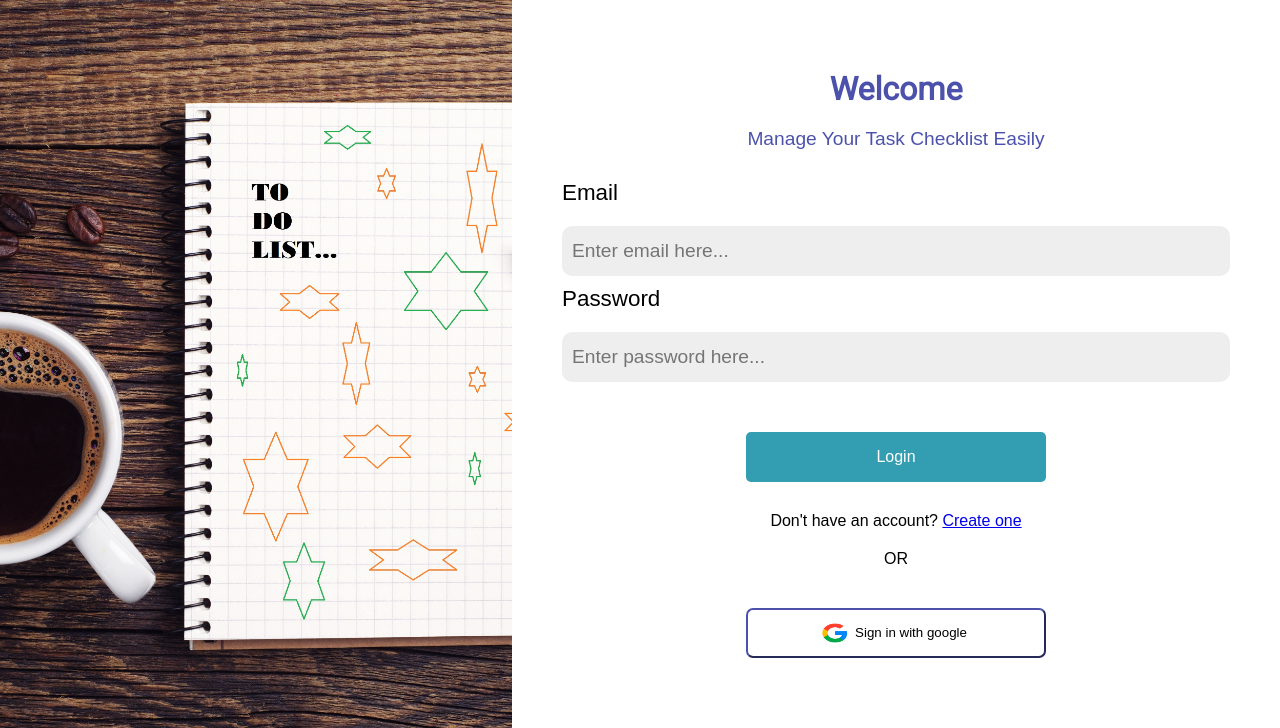
Repository: tebo27cMd/todo_App
Page: /
An editor plug-in stored every save of this project. The page is shown before and after the next save, followed by the edit.
The browser window is 1280 px wide. The pictures show the whole page.
The project was rebuilt for these pictures with package versions that can differ from the ones it lists, and the page was loaded fresh each time. Also part of the build but not shown: src/Pages/SignInPage.jsx, src/Pages/HomePage.jsx.

Above is the page before, as saved 2022-08-23 09:56:30.

### src/App.js
import React, {useState, useEffect} from 'react';
import './App.css';
import LoginPage from './Pages/LoginPage';
import SignInPage from './Pages/SignInPage';
import HomePage from './Pages/HomePage';

import {BrowserRouter as Router,Routes,Route,Link} from "react-router-dom";

//import {collection, getDocs, getDoc, doc, deleteDoc} from 'firebase/firestore'







function App() {


  const [tasks, setTasks] = useState([]);

  const addTasks = ((task, priorityType)=>{
    setTasks((tasks)=>[...tasks, {
      task:task,
      priorityType:priorityType
    }])

    console.log(tasks);
  })
  return (
    <div className="App">

      <Router>
      <Routes>
        <Route exact path="/" element = {<LoginPage/>}></Route>
        <Route path="/SignInPage" element = {<SignInPage/>}></Route>
        <Route exact path="/HomePage" element = {<HomePage/>}></Route>
      </Routes>
    </Router>

    </div>
  );
}

export default App;

### src/App.css
* {
  box-sizing: border-box;
  margin: 0;
  padding: 0;
  font-family: 'Times New Roman', Times, serif;
}

### src/Pages/LoginPage.jsx
import React, { useState } from 'react'

import './LoginPage.css';
import google from '../image/g-login.jpg'
import {Link} from 'react-router-dom'
import { signInWithEmailAndPassword} from 'firebase/auth'
import { auth } from "../Config-file/firebase";
import { useNavigate } from 'react-router-dom';


const LoginPage = () => {

  const [email, setEmail] = useState('');
  const [password, setPassword] = useState('');

  let history = useNavigate();

const SignInPage = (()=>{
  signInWithEmailAndPassword(auth, email, password).then(()=>{

      history("/HomePage");
  }).catch((error)=>{
    console.log(error);
  })
})



  return (
    <div className='LoginPage'>

        <aside></aside>

        <section>
            <h1 className='welcome'>Welcome</h1>

            <p className='paragraph1'>Manage Your Task Checklist Easily</p>

            <div className='input-control'>
                    <label htmlFor="email">Email</label>
                    <input type="email"  placeholder='Enter email here...'
                    onChange={(e)=> setEmail(e.target.value)}/>
            </div>

            <div className='input-control'>
                    <label htmlFor="password">Password</label>
                    <input type="password"  placeholder='Enter password here...'
                    onChange={(e)=> setPassword(e.target.value)}/>
            </div>

            <button className='lgnBtn' onClick={SignInPage}>Login</button>

            <p className='create'>Don't have an account? <span><Link to={"/SignInPage"}>Create one</Link></span></p>

            <h1 className='or'>OR</h1>

            <button className='signBtn'><div className='logo'><img src={google} alt="" /><span><div>Sign in with google</div></span></div></button>




        </section>

    </div>
  )
}

export default LoginPage;

### src/Pages/LoginPage.css
@import url("https://fonts.googleapis.com/css?family=Roboto&display=swap");
:root
{
    --btnGreen: #339eb1;
    --beige: beige;

}

.LoginPage{
    display: grid;
    grid-template-columns: 40% 60%;
    width: 100vw;
    height: 100vh;
    font-family:'Roboto' ;
}

.LoginPage aside{
    background: url(../Images/Ado.jpeg);
    background-size: cover;
}

.LoginPage section{
    display: flex;
    flex-direction: column;
    justify-content: center;
    align-items: center;
    padding: 50px;

}

.LoginPage .welcome{
    margin-top: 20px;
    margin-bottom: 20px;
    font-weight: bolder;
    font-size: 2em;
    font-family:'Roboto' ;
    color: #4c52ac;
}

.LoginPage .paragraph1{
    margin-bottom: 20px;
    font-size: 1.2em;
    color: #4c52ac;
}

.LoginPage .input-control{
    display: flex;
    flex-direction: column;
    align-self: flex-start;
    width: 100%;

}

.LoginPage .input-control label{
    margin-top: 10px;
    margin-bottom: 10px;
    font-size: 1.4em;

}

.LoginPage .input-control input{
    font-size: 1.2em;
    height: 50px;
    padding: 20px 10px 20px 10px;
    margin-top: 10px;
    border: none;
    border-radius: 10px;
    width: 100%;
    background-color: #eee;

}

.LoginPage button{
    width: 300px;
    height: 50px;

}
.LoginPage .lgnBtn:hover{
   background-color:#4c52ac;
   border-color: #7bff00;
}
.LoginPage .lgnBtn{
    margin-top: 50px;
    border-radius: 5px;
    border: none;
    background-color: var(--btnGreen);
    font-size: 1em;
    cursor: pointer;
    color: white;
}

.LoginPage .create{

    margin-top: 30px;
}


Link{
    color: var(--btnGreen);
}

.LoginPage .or{
    font-weight: lighter;
    font-size: 1em;
    margin: 20px;
}

.LoginPage .signBtn{

    margin: 20px;
    padding-right: 20px;
    border-radius: 5px;
    border-color: #4c52ac;
    cursor: pointer;
    background-color: white;
    border-radius: 7px;
}



.logo{
    display: flex;
    flex-direction: row;
    justify-content: center;

}

.logo img{
    width: 50px;
    height: 30px;
    padding-left: 10px;
}

.logo span{
    padding-top: 7px;
}

### src/Config-file/firebase.js
// Import the functions you need from the SDKs you need
import { initializeApp } from "firebase/app";
import { getFirestore } from "@firebase/firestore";
import {getAuth} from 'firebase/auth';

const firebaseConfig = {
  apiKey: "AIzaSyB44VhlyOGLme-EDCUVNbbB2UbazBO3qIY",
  authDomain:  "todo-433b6.firebaseapp.com",
  projectId:"todo-433b6",
  storageBucket: "todo-433b6.appspot.com",
  messagingSenderId: "23893463738",
  appId:"1:23893463738:web:7b7d1fefeddfc1abce6883",
  measurementId: "G-QQNBP66G32"
};

// Initialize Firebase
const app = initializeApp(firebaseConfig);
const db = getFirestore(app);
const auth = getAuth(app);
export  {auth, db};

### src/css/HomePage.css


*{
    box-sizing:border-box;
    margin: 0;
    padding: 0;
    font-family: sans-serif;
}


.topPart{
    display: flex;
    justify-content: space-between;
    margin: 10px 80px;
    border-bottom: 2px solid black;

}

.topPart button{
    width: 100px;
    margin:0px 20px 5px 0px;
    border-radius: 5px;
    border: none;
    background-color: #33b18d;
    cursor: pointer;
    color: white;
    font-size: 1.2em;

}
.topPart img {
    height: 20px;
}

.topPart button:hover{
    background-color: rgba(245, 27, 27, 0.815);
    color: black;
}

.bottomPart{
    display: flex;
    flex-direction: column;
    justify-content: center;
    align-items: center;
    margin-top: 80px;
}

.bottomPart input{
    margin-right: 10px;
    height: 30px;
    width: 500px;
    padding-left: 20px;
    border: none;
    background-color: #eee;
    border-radius: 5px;

}

.bottomPart select{
    margin-right: 10px;
    height: 30px;
    width: 100px;
    border: none;
    background-color: #33b18d;
    border-radius: 5px;
}

.bottomPart button{
    height: 40px;
    width: 40px;
    border-radius: 50px;
    border: none;
    color: #eee;
    font-size: 1.6em;
    background-color: #33b18d;
    cursor: pointer;

}

.bottomPart button:hover{
    background-color: #776e7625;
    color: black;
}

.input-fields {
    display: flex;
    align-items: center;
}



/* Task list*/


.task-list{
    width: 600px;
    margin-right: 60px;
}

.item{
    display: flex;
    text-align: center;
    justify-content: space-between;
    padding: 10px;
    border-radius: 5px;
    border: none;
    box-shadow: 2px 2px 5px .5px grey;

}
.items{
    padding: 5px 0;
}

.item button{
    border: none;
    border-radius: 50px;
    width: 80px;
    height: 40px;
    background-color:white;
    font-size: 20px;
    cursor: pointer;

}


.tick img{
    width: 40px;

}

Loaded but not shown: public/index.html (common file); src/index.js (common file); src/reportWebVitals.js (common file)

After the next save:
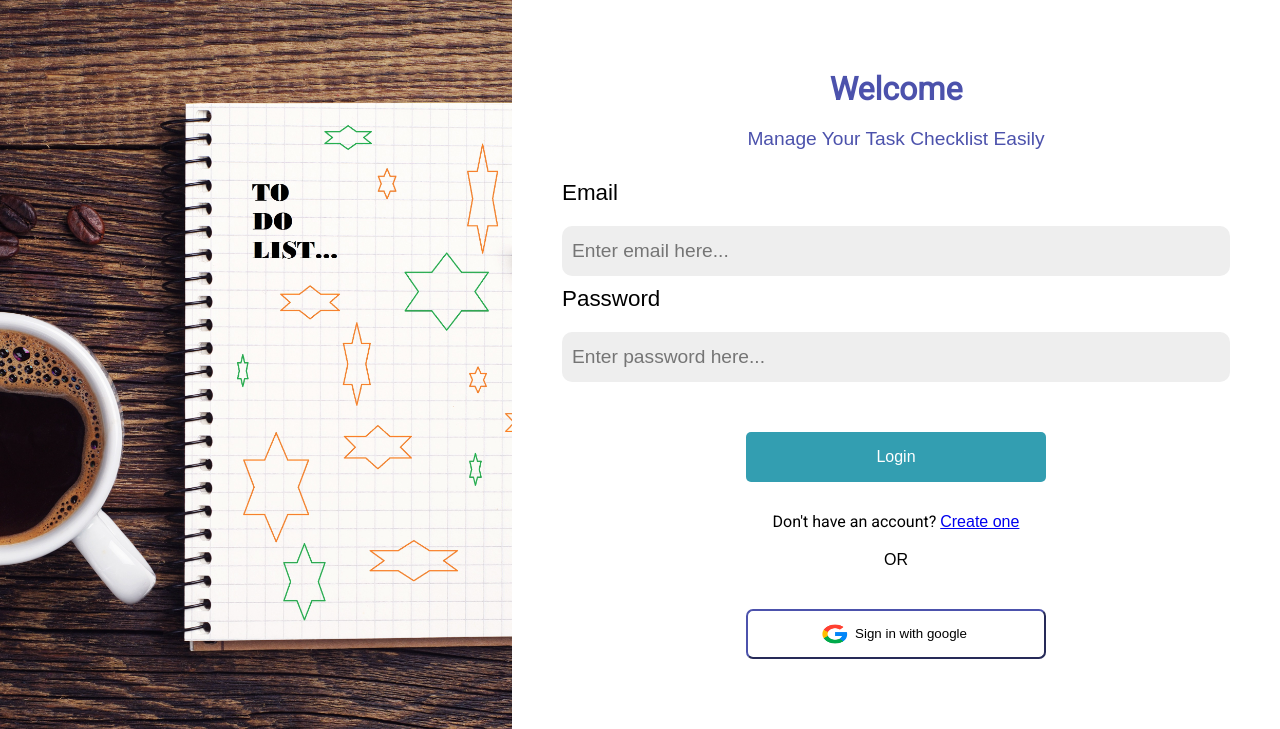
Saved 57 s later.
--- a/src/Pages/LoginPage.css
+++ b/src/Pages/LoginPage.css
@@ -90,7 +90,7 @@
 }
 
 .LoginPage .create{
-
+    font-family:'Roboto' ;
     margin-top: 30px;
 }
 
